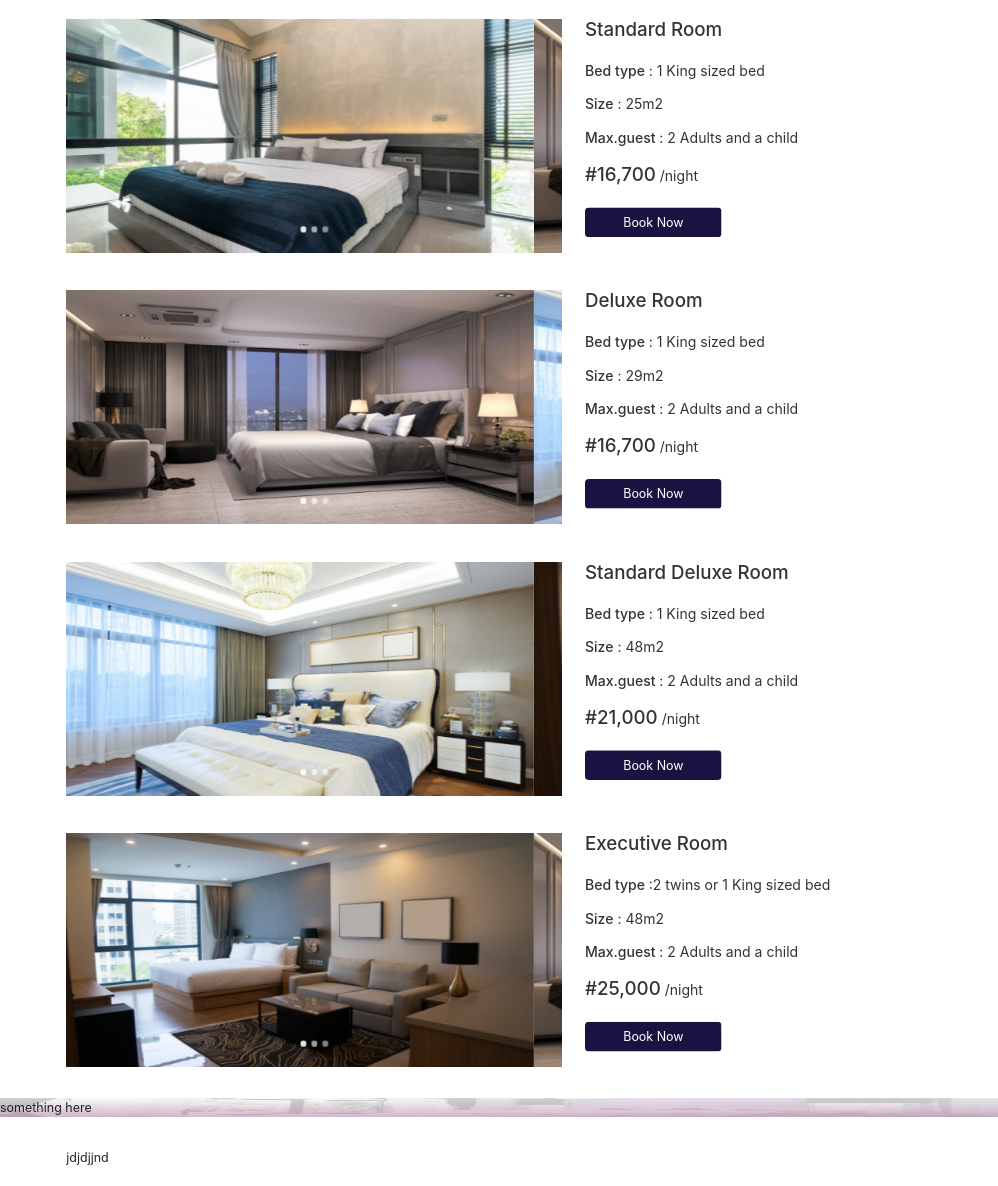
Repository: Syfon01/hotel-website
Page: room.html
These files come from the project's save history. The page is drawn as it stood at one moment and after the next save; the edit follows.
The browser window is 1280 px wide. The pictures show the whole page, at 78% of full size.

Above is the page before, as saved 2020-06-08 19:13:03.

### room.html
<!doctype html>
<html lang="en">
  <head>
    <title>Title</title>
    <!-- Required meta tags -->
    <meta charset="utf-8">
    <meta name="viewport" content="width=device-width, initial-scale=1, shrink-to-fit=no">

    <!-- Bootstrap CSS -->
    <link rel="stylesheet" href="https://stackpath.bootstrapcdn.com/bootstrap/4.3.1/css/bootstrap.min.css" integrity="sha384-ggOyR0iXCbMQv3Xipma34MD+dH/1fQ784/j6cY/iJTQUOhcWr7x9JvoRxT2MZw1T" crossorigin="anonymous">
    <link rel="stylesheet" href="room.css">
  </head>
  <body>
    <!-- carousel section -->
    <section id="carousel-section">
      <div class="container">
        <div class="row py-4">
          <div class="col-md-7 col-lg-7 col-12 col-sm-12">
            <div id="carouselExampleIndicators" class="carousel slide" data-ride="carousel">
              <ol class="carousel-indicators">
                <li data-target="#carouselExampleIndicators" data-slide-to="0" class="active"></li>
                <li data-target="#carouselExampleIndicators" data-slide-to="1"></li>
                <li data-target="#carouselExampleIndicators" data-slide-to="2"></li>
              </ol>
              <div class="carousel-inner">
                <div class="carousel-item active">
                  <img src="./img/hotel1.png" class="d-block w-100 img-carousel img-fluid" alt="...">
                </div>
                <div class="carousel-item">
                  <img src="./img/hotel2.png" class="d-block w-100 img-carousel img-fluid" alt="...">
                </div>
                <div class="carousel-item">
                  <img src="./img/hotel3.png" class="d-block w-100 img-carousel img-fluid" alt="...">
                </div>
              </div>

            </div>
          </div>
          <div class="col-md-5 col-lg-5 col-12 col-sm-12">
            <h4 class="text-purple mb-4">Standard Room</h4>
            <p class="text-purple"><span class="p-font-weight">Bed type </span>: 1 King sized bed</p>
            <p class="text-purple"><span class="p-font-weight">Size</span> : 25m2</p>
            <p class="text-purple"><span class="p-font-weight">Max.guest </span>: 2 Adults and a child</p>
            <p class="text-purple mb-4"><span class="p-font-weight p-20">#16,700</span> /night</p>
            <button class="btn btn-purple px-5">Book Now</button>
          </div>
        </div>

        <div class="row py-4">
          <div class="col-md-7 col-lg-7 col-12 col-sm-12">
            <div id="carouselExampleIndicators" class="carousel slide" data-ride="carousel">
              <ol class="carousel-indicators">
                <li data-target="#carouselExampleIndicators" data-slide-to="0" class="active"></li>
                <li data-target="#carouselExampleIndicators" data-slide-to="1"></li>
                <li data-target="#carouselExampleIndicators" data-slide-to="2"></li>
              </ol>
              <div class="carousel-inner">
                <div class="carousel-item active">
                  <img src="./img/hotel2.png" class="d-block w-100 img-carousel img-fluid" alt="...">
                </div>
                <div class="carousel-item">
                  <img src="./img/hotel3.png" class="d-block w-100 img-carousel img-fluid" alt="...">
                </div>
                <div class="carousel-item">
                  <img src="./img/hotel4.png" class="d-block w-100 img-carousel img-fluid" alt="...">
                </div>
              </div>

            </div>
          </div>
          <div class="col-md-5 col-lg-5 col-12 col-sm-12">
            <h4 class="text-purple mb-4">Deluxe Room</h4>
            <p class="text-purple"><span class="p-font-weight">Bed type </span>: 1 King sized bed</p>
            <p class="text-purple"><span class="p-font-weight">Size</span> : 29m2</p>
            <p class="text-purple"><span class="p-font-weight">Max.guest </span>: 2 Adults and a child</p>
            <p class="text-purple mb-4"><span class="p-font-weight p-20">#16,700</span> /night</p>
            <button class="btn btn-purple px-5">Book Now</button>
          </div>
        </div>

        <div class="row py-4">
          <div class="col-md-7 col-lg-7 col-12 col-sm-12">
            <div id="carouselExampleIndicators" class="carousel slide" data-ride="carousel">
              <ol class="carousel-indicators">
                <li data-target="#carouselExampleIndicators" data-slide-to="0" class="active"></li>
                <li data-target="#carouselExampleIndicators" data-slide-to="1"></li>
                <li data-target="#carouselExampleIndicators" data-slide-to="2"></li>
              </ol>
              <div class="carousel-inner">
                <div class="carousel-item active">
                  <img src="./img/hotel3.png" class="d-block w-100 img-carousel h-50 img-fluid" alt="...">
                </div>
                <div class="carousel-item">
                  <img src="./img/hotel4.png" class="d-block w-100 img-carousel img-fluid" alt="...">
                </div>
                <div class="carousel-item">
                  <img src="./img/hotel1.png" class="d-block w-100 img-carousel img-fluid" alt="...">
                </div>
              </div>

            </div>
          </div>
          <div class="col-md-5 col-lg-5 col-12 col-sm-12">
            <h4 class="text-purple mb-4">Standard Deluxe Room</h4>
            <p class="text-purple"><span class="p-font-weight">Bed type </span>: 1 King sized bed</p>
            <p class="text-purple"><span class="p-font-weight">Size</span> : 48m2</p>
            <p class="text-purple"><span class="p-font-weight">Max.guest </span>: 2 Adults and a child</p>
            <p class="text-purple mb-4"><span class="p-font-weight p-20">#21,000</span> /night</p>
            <button class="btn btn-purple px-5">Book Now</button>
          </div>
        </div>

        <div class="row py-4">
          <div class="col-md-7 col-lg-7 col-12 col-sm-12">
            <div id="carouselExampleIndicators" class="carousel slide" data-ride="carousel">
              <ol class="carousel-indicators">
                <li data-target="#carouselExampleIndicators" data-slide-to="0" class="active"></li>
                <li data-target="#carouselExampleIndicators" data-slide-to="1"></li>
                <li data-target="#carouselExampleIndicators" data-slide-to="2"></li>
              </ol>
              <div class="carousel-inner">
                <div class="carousel-item active">
                  <img src="./img/hotel4.png" class="d-block w-100 img-carousel h-50 img-fluid" alt="...">
                </div>
                <div class="carousel-item">
                  <img src="./img/hotel2.png" class="d-block w-100 img-carousel img-fluid" alt="...">
                </div>
                <div class="carousel-item">
                  <img src="./img/hotel1.png" class="d-block w-100 img-carousel img-fluid" alt="...">
                </div>
              </div>

            </div>
          </div>
          <div class="col-md-5 col-lg-5 col-12 col-sm-12">
            <h4 class="text-purple mb-4">Executive Room</h4>
            <p class="text-purple"><span class="p-font-weight">Bed type </span>:2 twins or 1 King sized bed</p>
            <p class="text-purple"><span class="p-font-weight">Size</span> : 48m2</p>
            <p class="text-purple"><span class="p-font-weight">Max.guest </span>: 2 Adults and a child</p>
            <p class="text-purple mb-4"><span class="p-font-weight p-20">#25,000</span> /night</p>
            <button class="btn btn-purple px-5">Book Now</button>
          </div>
        </div>
      </div>
    </section>

    <!-- explore section  -->
    <div class="explore py-3">
      <div class='hero'>something here</div>
</div>

<div class="container my-4">
  jdjdjjnd
</div>

    <!-- Optional JavaScript -->
    <!-- jQuery first, then Popper.js, then Bootstrap JS -->
    <script src="https://code.jquery.com/jquery-3.3.1.slim.min.js" integrity="sha384-q8i/X+965DzO0rT7abK41JStQIAqVgRVzpbzo5smXKp4YfRvH+8abtTE1Pi6jizo" crossorigin="anonymous"></script>
    <script src="https://cdnjs.cloudflare.com/ajax/libs/popper.js/1.14.7/umd/popper.min.js" integrity="sha384-UO2eT0CpHqdSJQ6hJty5KVphtPhzWj9WO1clHTMGa3JDZwrnQq4sF86dIHNDz0W1" crossorigin="anonymous"></script>
    <script src="https://stackpath.bootstrapcdn.com/bootstrap/4.3.1/js/bootstrap.min.js" integrity="sha384-JjSmVgyd0p3pXB1rRibZUAYoIIy6OrQ6VrjIEaFf/nJGzIxFDsf4x0xIM+B07jRM" crossorigin="anonymous"></script>
  </body>
</html>

### room.css
.text-purple{
 color: #333333
}
.p-font-weight{
  font-weight: 500;
}
.p-20{
  font-size: 24px;
}
p{
  font-size: 18px;;
}
.btn-purple{
  background-color: #191341;
  color: #fff;
  border-radius: 5px;
}
.img-carousel{
  height: 300px!important;
}
.carousel-indicators li{
  border-radius: 100%;
  width: 8px;
  height: 8px;
}

.hero {
  width: 100%;
  height: 100%;
  min-width: 100%;
  min-height: 100%;
  position: relative;
}

.hero::before {
  background-image:linear-gradient(to bottom, rgba(245, 246, 252, 0.52), rgba(117, 19, 93, 0.73)), url(/img/explore.png);
  /* background-size: cover */
  background-repeat: no-repeat;
  background-size: 100% 100%;
  ;
  /* background-repeat: no-repeat; */
  content: "";
  display: block;
  position: absolute;
  top: 0;
  left: 0;
  width: 100%;
  height: 100%;
  z-index: -2;
  opacity: 0.4;
}

After the next save:
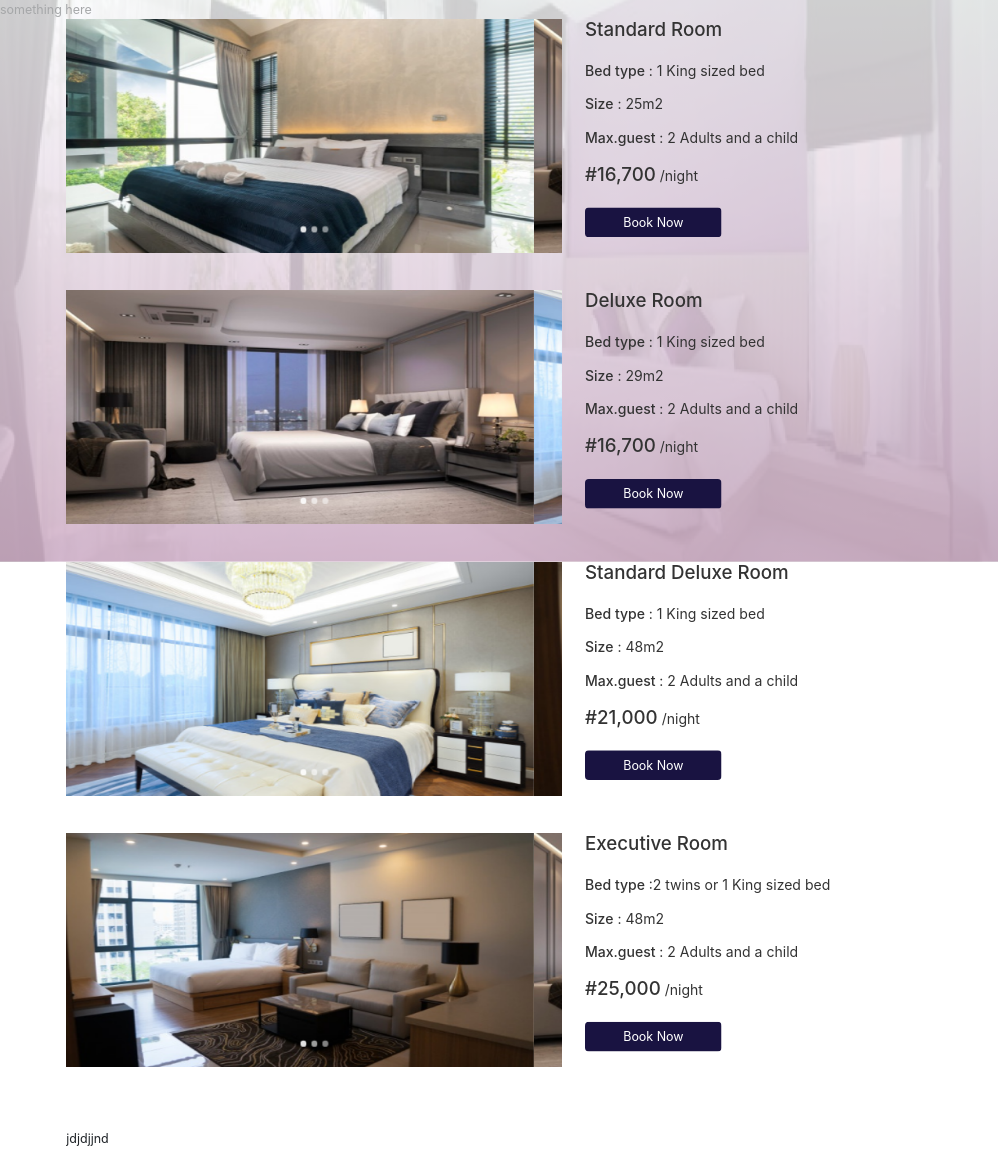
Saved 14 s later.
--- a/room.css
+++ b/room.css
@@ -32,7 +32,7 @@ p{
   position: relative;
 }
 
-.hero::before {
+.hero{
   background-image:linear-gradient(to bottom, rgba(245, 246, 252, 0.52), rgba(117, 19, 93, 0.73)), url(/img/explore.png);
   /* background-size: cover */
   background-repeat: no-repeat;
